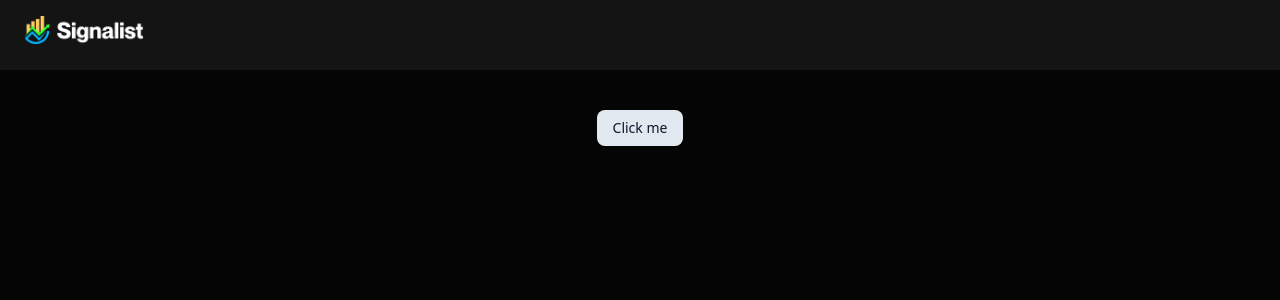
Repository: ahmadsaadkhan/stock-trading-app
Page: /
The author's editor kept a copy of each file at every save. The page is drawn from the files as they stood at one save, then again after the next save.
The browser window is 1280 px wide. The pictures show the whole page.
The project was rebuilt for these pictures with package versions that can differ from the ones it lists, and the page was loaded fresh each time. The framework's server and built-in components were replaced by stand-ins that run in the browser. Also part of the build but not shown: next.config.ts.

Above is the page before, as saved 2025-10-03 04:35:08.

After the next save:
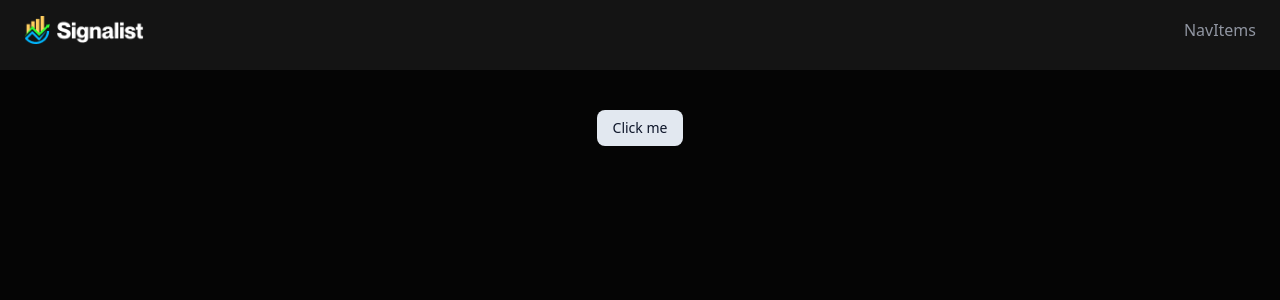
Saved 13 s later.
--- a/components/Header.tsx
+++ b/components/Header.tsx
@@ -1,6 +1,7 @@
 import Image from 'next/image'
 import Link from 'next/link'
 import React from 'react'
+import NavItems from './NavItems'
 
 const Header = () => {
   return (
@@ -10,7 +11,7 @@ const Header = () => {
                 <Image src="/logo.png" alt="Logo" width={120} height={30} className="object-contain"/>
             </Link>
             <nav className="hidden sm:block">
-
+                <NavItems />
             </nav>
         </div>
     </header>

After the save that followed:
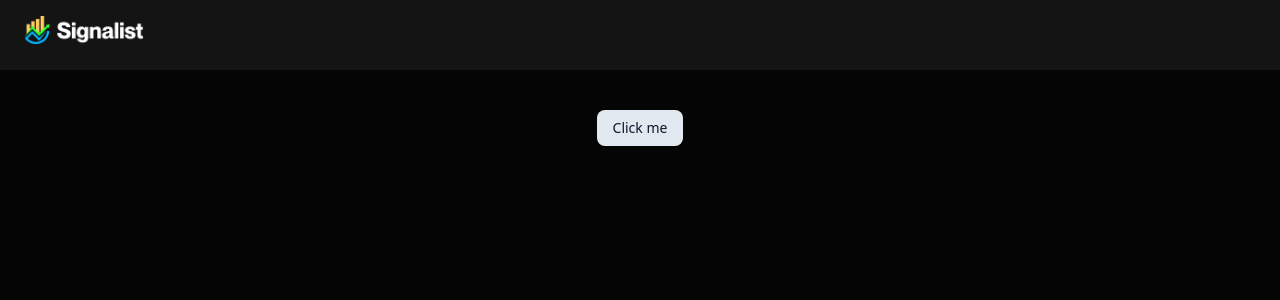
Saved 2 min 7 s later.
--- a/components/NavItems.tsx
+++ b/components/NavItems.tsx
@@ -2,7 +2,9 @@ import React from 'react'
 
 const NavItems = () => {
   return (
-    <div>NavItems</div>
+    <ul className="flex flex-col sm:flex-row p-2 gap-3 sm:gap-10 font-medium">
+
+    </ul>
   )
 }
 
